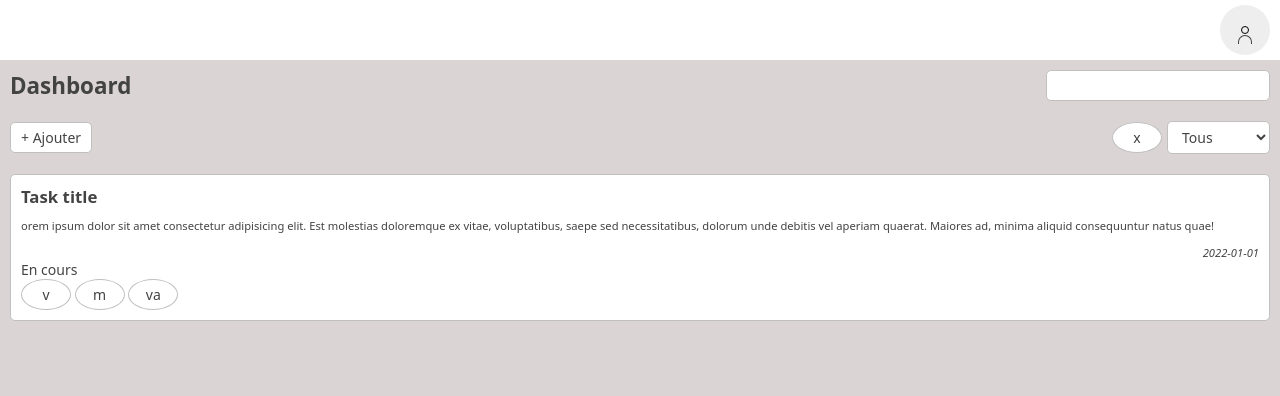
Repository: zpaulange/task_manager
Page: dashboard/index.html
These files come from the project's save history. The page is drawn as it stood at one moment and after the next save; the edit follows.
The browser window is 1280 px wide. The pictures show the whole page.

Above is the page before, as saved 2025-03-06 15:27:12.

After the next save:
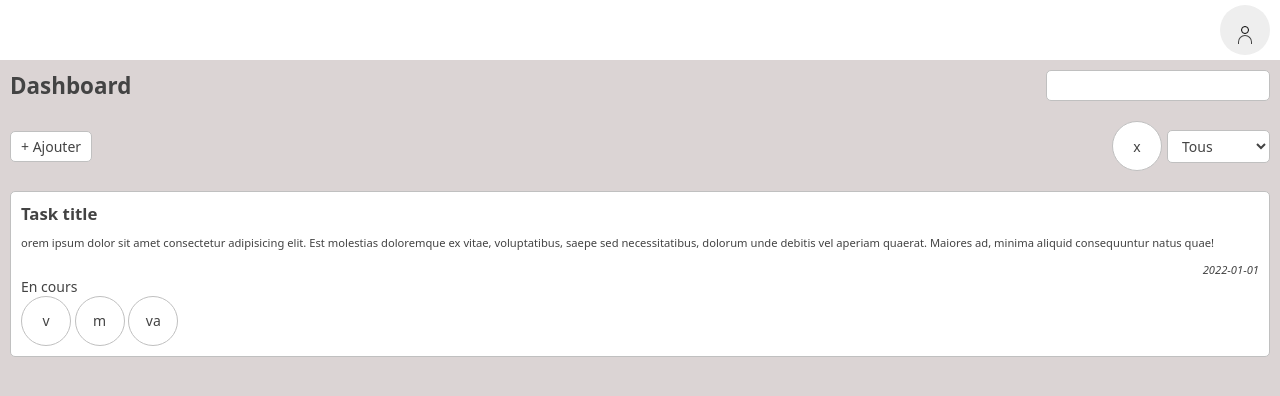
Saved 5 s later.
--- a/assets/styles/dashboard/style.css
+++ b/assets/styles/dashboard/style.css
@@ -140,6 +140,7 @@ input:focus, select:focus{
   transition: .2s;
   cursor:pointer;
   width: 50px;
+  height: 50px;
 }
 .rounded-btn.del:hover{
   background-color:red;
